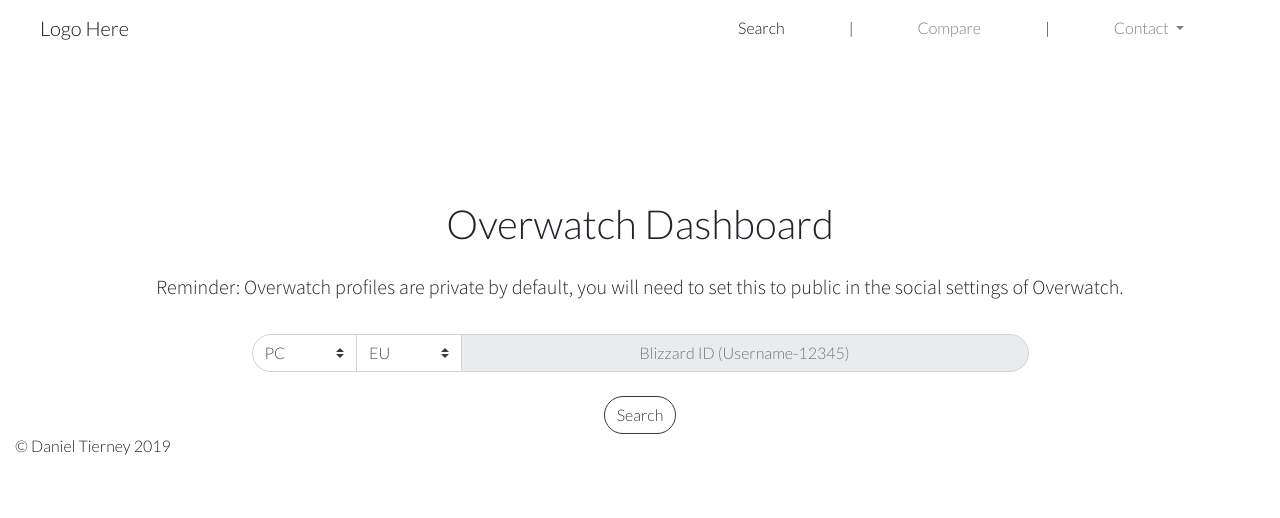
Repository: Cobonkoi/overwatch-dashboard
Page: index.html
The author's editor kept a record of every edit. The page is drawn from the files as they stood at one moment, then again after the next edit.
The browser window is 1280 px wide. The pictures show the whole page.

Above is the page before.

After the next edit:
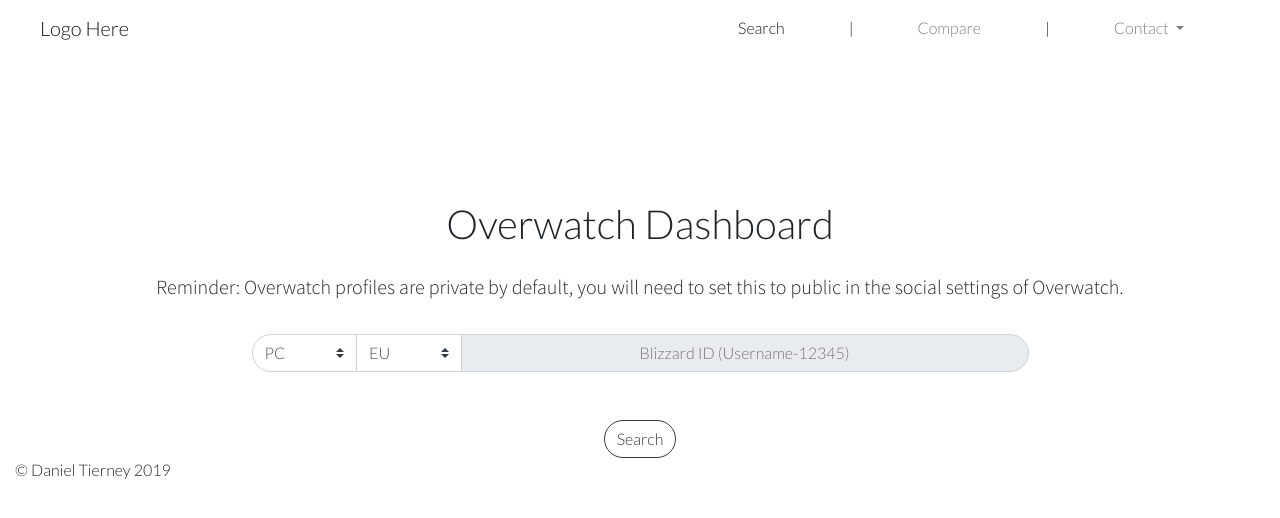
The edit:
--- a/index.html
+++ b/index.html
@@ -63,7 +63,7 @@
         <div class="row">
             <div class="col-12">
                 <form class="form-inline" id="search-form">
-                    <div class="input-group mb-4 mx-auto">
+                    <div class="input-group mb-5 mx-auto">
                         <select class="custom-select rounded-left--search" id="search-form-platform" onchange="changeUsernamePlaceholder(); changeRegionHidden();" required>
                             <option disabled>Platform...</option>
                             <option value="pc">PC</option>
